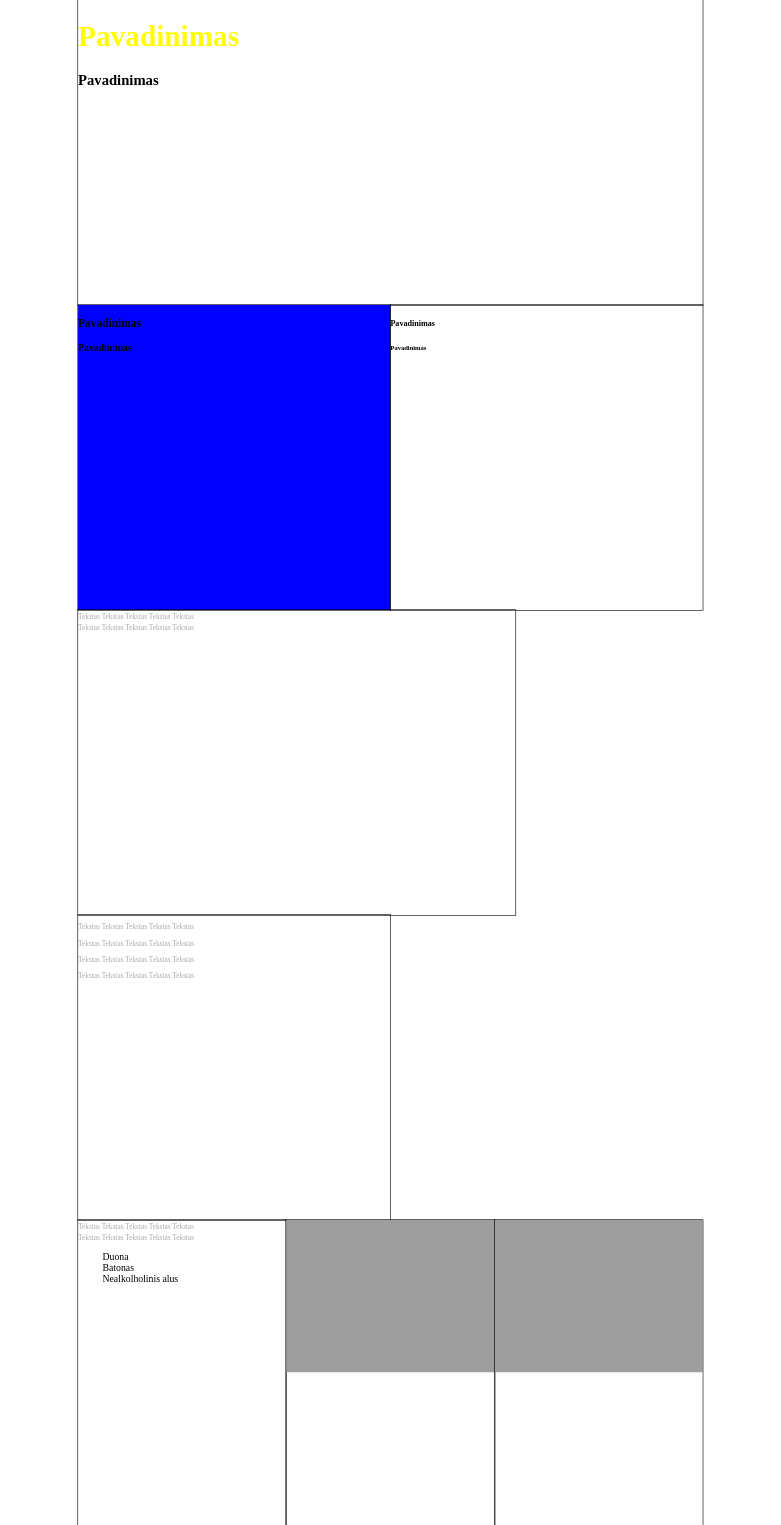
Repository: motiejus1/04-paskaita-praktine-uzduotis
Page: index.html
An editor plug-in stored every save of this project. The page is shown before and after the next save, followed by the edit.
The browser window is 1280 px wide. The pictures show the whole page, at 61% of full size.
Pictures or frames that could not be fetched are drawn as grey boxes.

Above is the page before, as saved 2021-06-05 14:35:22.

After the next save:
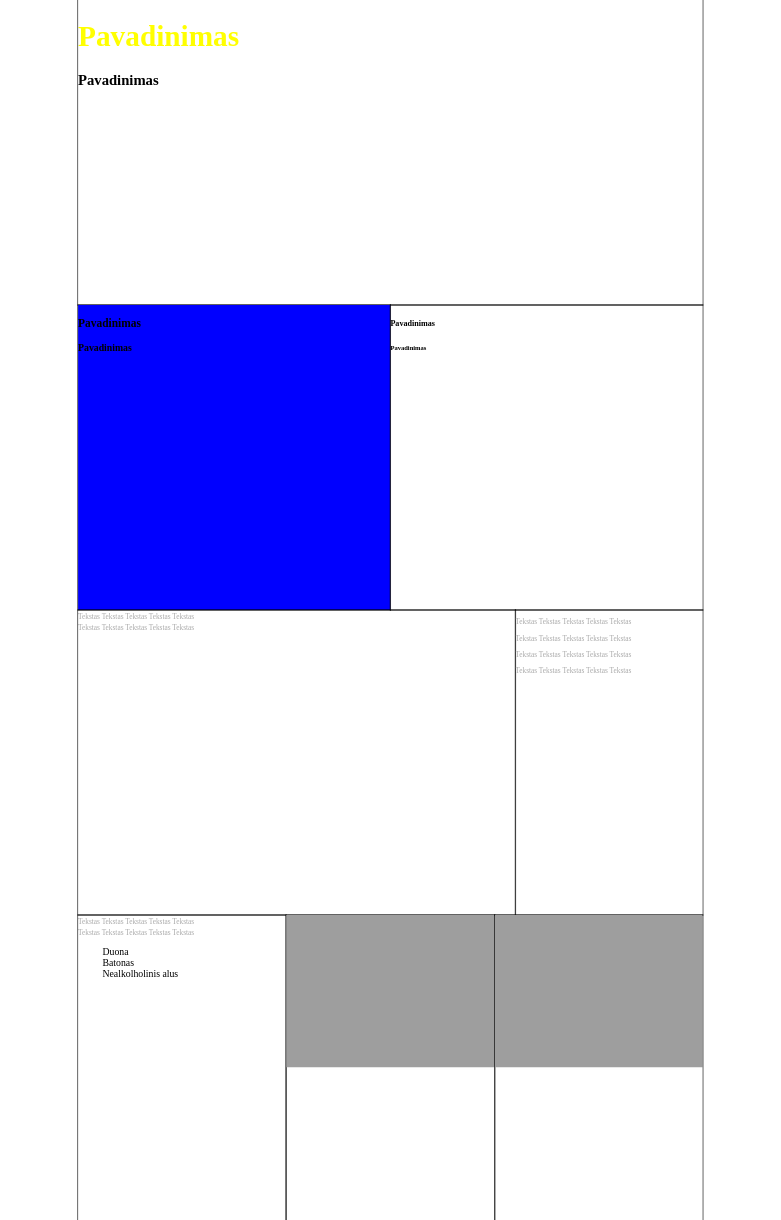
Saved 31 s later.
--- a/index.html
+++ b/index.html
@@ -113,7 +113,7 @@
             <span>Tekstas Tekstas Tekstas Tekstas Tekstas</span><br>
             <span>Tekstas Tekstas Tekstas Tekstas Tekstas</span><br>
         </div>
-        <div class="col-50">
+        <div class="col-30">
             <p>Tekstas Tekstas Tekstas Tekstas Tekstas</p>
             <p>Tekstas Tekstas Tekstas Tekstas Tekstas</p>
             <p>Tekstas Tekstas Tekstas Tekstas Tekstas</p>
